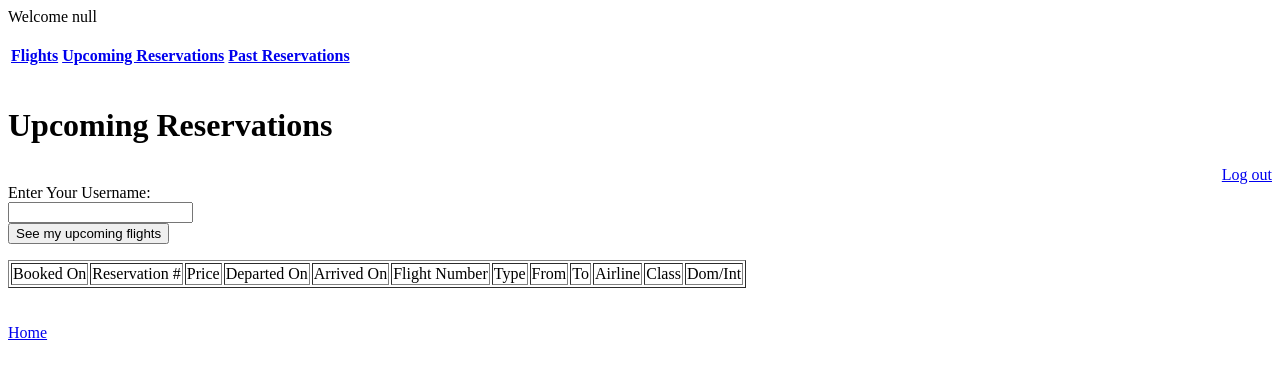
Repository: Pheazon/data_management
Page: http://localhost/cs336Final/customerUpcomingReservations.jsp
The author's editor kept a copy of each file at every save. The page is drawn from the files as they stood at one save, then again after the next save.
The browser window is 1280 px wide. The pictures show the whole page.
The page is served by Tomcat 9. The database holds what the project's SQL file puts in it.

Above is the page before, as saved 2019-12-13 04:35:33.

### cs336Final/WebContent/customerUpcomingReservations.jsp
<%@ page language="java" contentType="text/html; charset=ISO-8859-1"
	pageEncoding="ISO-8859-1" import="com.cs336.pkg.*"%>
<%@ page import="java.text.*,java.io.*,java.util.*,java.sql.*"%>
<%@ page import="javax.servlet.http.*,javax.servlet.*"%>


Welcome <%=session.getAttribute("user")%>
<br>
<br>
<table>
	<tr>
		<th><a href="customerFlights.jsp">Flights</a></th>
		<th><a href="customerUpcomingReservations.jsp">Upcoming Reservations</a></th>
		<th><a href="customerPastReservations.jsp">Past Reservations</a></th>
	</tr>
</table>
<br>


<h1>Upcoming Reservations</h1>
<body>

<div align="right"><a href='logout.jsp'>Log out</a></div>

<%

try{
	String userid = "";
	%>
		<form>
		Enter Your Username:<br><input type="text" name="user"><br>
		<input type="submit", value="See my upcoming flights">
		</form>
	<%
		Class.forName("com.mysql.jdbc.Driver").newInstance();
		userid = request.getParameter("user");
		SimpleDateFormat sdf = new SimpleDateFormat("yyyyMMdd");
		java.util.Date d = new java.util.Date();
		String today = sdf.format(d);

		ApplicationDB db = new ApplicationDB();
		Connection con = db.getConnection();
		PreparedStatement ps = null;

		Connection conn = db.getConnection();

		Statement statement = con.createStatement();
		String command = "SELECT r.DateBooked, r.ReservationNumber, r.TotalFare, f.DepartureTime, f.ArrivalTime, r.FlightNumber, r.type, f.departingFrom, f.arrivingTo, f.airlineID, r.class, f.dom_int FROM Flight f, Reservation r WHERE r.userid='" + userid + "' AND r.FlightNumber = f.FlightNumber AND f.DepartureTime>'" + today + "'";

		ResultSet result = statement.executeQuery(command);

		//Make an HTML table to show the results in:
		out.print("<table border='1'>");

		//make a row
		out.print("<tr>");

		//make a column
		out.print("<td>");
		out.print("Booked On");
		out.print("</td>");


		//make a column
		out.print("<td>");
		out.print("Reservation #");
		out.print("</td>");

		//make a column
		out.print("<td>");
		out.print("Price");
		out.print("</td>");

		//make a column
		out.print("<td>");
		out.print("Departed On");
		out.print("</td>");


		//make a column
		out.print("<td>");
		out.print("Arrived On");
		out.print("</td>");

		//make a column
		out.print("<td>");
		out.print("Flight Number");
		out.print("</td>");

		//make a column
		out.print("<td>");
		out.print("Type");
		out.print("</td>");

		//make a column
		out.print("<td>");
		out.print("From");
		out.print("</td>");


		//make a column
		out.print("<td>");
		out.print("To");
		out.print("</td>");

		//make a column
		out.print("<td>");
		out.print("Airline");
		out.print("</td>");

		//make a column
		out.print("<td>");
		out.print("Class");
		out.print("</td>");

		//make a column
		out.print("<td>");
		out.print("Dom/Int");
		out.print("</td>");

		out.print("</tr>");


		//parse out the results
		while (result.next()) {
			//userid = result.getString("userid");

			//make a row
			out.print("<tr>");
			//make a column
			out.print("<td>");
			out.print(result.getDate("r.DateBooked"));
			out.print("</td>");

			out.print("<td>");
			out.print(result.getInt("r.ReservationNumber"));
			out.print("</td>");

			out.print("<td>");
			out.print(result.getInt("r.TotalFare"));
			out.print("</td>");

			out.print("<td>");
			out.print(result.getDate("f.DepartureTime"));
			out.print("</td>");

			out.print("<td>");
			out.print(result.getDate("f.ArrivalTime"));
			out.print("</td>");

			out.print("<td>");
			out.print(result.getInt("r.FlightNumber"));
			out.print("</td>");

			out.print("<td>");
			out.print(result.getString("r.type"));
			out.print("</td>");

			out.print("<td>");
			out.print(result.getString("f.departingFrom"));
			out.print("</td>");

			out.print("<td>");
			out.print(result.getString("f.arrivingTo"));
			out.print("</td>");

			out.print("<td>");
			out.print(result.getString("f.airlineID"));
			out.print("</td>");

			out.print("<td>");
			out.print(result.getString("r.class"));
			out.print("</td>");

			out.print("<td>");
			out.print(result.getString("f.dom_int"));
			out.print("</td>");

			out.print("</tr>");
		}
		out.print("</table>");

		result.close();

		statement.close();
		con.close();
} catch (Exception e){

}

%>
<br><br>
<a href="success.jsp">Home</a>


</body>

### cs336Final/src/com/cs336/pkg/ApplicationDB.java
package com.cs336.pkg;

import java.sql.Connection;
import java.sql.DriverManager;
import java.sql.SQLException;

public class ApplicationDB {

	public ApplicationDB(){

	}

	public Connection getConnection(){

		//Create a connection string
		String url = "jdbc:mysql://cs336db.cdnjviplnzua.us-east-2.rds.amazonaws.com:3306/BarBeerDrinkerSample";
		Connection connection = null;

		try {
			//Load JDBC driver - the interface standardizing the connection procedure. Look at WEB-INF\lib for a mysql connector jar file, otherwise it fails.
			Class.forName("com.mysql.jdbc.Driver").newInstance();
		} catch (InstantiationException e) {
			// TODO Auto-generated catch block
			e.printStackTrace();
		} catch (IllegalAccessException e) {
			// TODO Auto-generated catch block
			e.printStackTrace();
		} catch (ClassNotFoundException e) {
			// TODO Auto-generated catch block
			e.printStackTrace();
		}
		try {
			//Create a connection to your DB
			connection = DriverManager.getConnection(url,"cs336", "Rutgers123!");
		} catch (SQLException e) {
			// TODO Auto-generated catch block
			e.printStackTrace();
		}

		return connection;

	}

	public void closeConnection(Connection connection){
		try {
			connection.close();
		} catch (SQLException e) {
			// TODO Auto-generated catch block
			e.printStackTrace();
		}
	}





	public static void main(String[] args) {
		ApplicationDB dao = new ApplicationDB();
		Connection connection = dao.getConnection();

		System.out.println(connection);
		dao.closeConnection(connection);
	}



}

### cs336Final/BarBeerDrinkerSample.sql (the tables this page reads)
CREATE TABLE Flight (
FlightNumber int,
ArrivalTime DATETIME,
DepartureTime DATETIME NOT NULL,
dom_int varchar(30),
Fare int,
departingFrom varchar(3),
arrivingTo varchar(3),
airlineID varchar(2),
PRIMARY KEY (FlightNumber),
FOREIGN KEY (airlineID) REFERENCES `Airline`(Id),
FOREIGN KEY (departingFrom) REFERENCES `Airport`(Id),
FOREIGN KEY (arrivingTo) REFERENCES `Airport` (Id)
);

INSERT INTO Flight(FlightNumber, ArrivalTime, DepartureTime, dom_int, Fare, departingFrom,   arrivingTo, airlineID) VALUES ("111",'2019-04-27 09:00:00', '2016-04-26 10:00:00', "dom", "25", "AAA","BBB", "AA");

INSERT INTO Flight(FlightNumber, ArrivalTime, DepartureTime, dom_int, Fare, departingFrom,   arrivingTo, airlineID) VALUES ("112",'2019-04-27 09:00:00', '2016-04-26 10:00:00', "dom", "25", "AAA","BBB", "AA");

INSERT INTO Flight(FlightNumber, ArrivalTime, DepartureTime, dom_int, Fare, departingFrom,   arrivingTo, airlineID) VALUES ("113",'2019-04-27 09:00:00', '2016-04-26 10:00:00', "dom", "25", "AAA","BBB", "AA");

INSERT INTO Flight(FlightNumber, ArrivalTime, DepartureTime, dom_int, Fare, departingFrom,   arrivingTo, airlineID) VALUES ("114",'2019-04-27 09:00:00', '2016-04-26 10:00:00', "dom", "25", "AAA","BBB", "AA");

INSERT INTO Flight(FlightNumber, ArrivalTime, DepartureTime, dom_int, Fare, departingFrom,   arrivingTo, airlineID) VALUES ("115",'2019-04-27 09:00:00', '2016-04-26 10:00:00', "dom", "25", "AAA","BBB","BB");

INSERT INTO Flight(FlightNumber, ArrivalTime, DepartureTime, dom_int, Fare, departingFrom,   arrivingTo, airlineID ) VALUES ("222",'2019-04-20 09:00:00', '2016-04-18 14:00:00', "int", "22", "BBB","CCC", "BB");

INSERT INTO Flight(FlightNumber, ArrivalTime, DepartureTime, dom_int, Fare, departingFrom,   arrivingTo, airlineID) VALUES ("333",'2019-03-27 09:00:00', '2016-03-25 21:00:00', "dom", "100", "CCC","DDD", "CC");

INSERT INTO Flight(FlightNumber, ArrivalTime, DepartureTime, dom_int, Fare, departingFrom,   arrivingTo, airlineID) VALUES ("444",'2019-02-27 09:00:00', '2016-04-26 10:00:00', "int", "250", "DDD", "EEE", "DD");

INSERT INTO Flight(FlightNumber, ArrivalTime, DepartureTime, dom_int, Fare, departingFrom,   arrivingTo, airlineID) VALUES ("555",'2019-01-27 09:00:00', '2016-04-26 10:00:00', "int", "75", "EEE", "FFF", "EE");

INSERT INTO Flight(FlightNumber, ArrivalTime, DepartureTime, dom_int, Fare, departingFrom,   arrivingTo, airlineID) VALUES ("666",'2019-01-27 09:00:00', '2016-04-26 10:00:00', "dom", "60", "FFF", "AAA", "EE");

CREATE TABLE Reservation (
ReservationNumber int auto_increment,
FlightNumber int,
DateBooked DATETIME NOT NULL,
BookingFee int,
TotalFare int,
type varchar(50),
SpecialMeal varchar(30),
class varchar(50),
userid varchar(255),

PRIMARY KEY (ReservationNumber),
FOREIGN KEY (FlightNumber) REFERENCES Flight(FlightNumber)
);

INSERT INTO Reservation(FlightNumber, DateBooked, BookingFee, TotalFare, type, SpecialMeal, class, userid) VALUES ("111", '2016-04-26 10:00:00', "50", "1000","one-way","chawal", "economy", "a");

INSERT INTO Reservation(FlightNumber, DateBooked, BookingFee, TotalFare, type, SpecialMeal, class, userid) VALUES ("222", '2016-04-18 14:00:00', "60", "1500","round-trip","chawal", "business", "a");

INSERT INTO Reservation(FlightNumber, DateBooked, BookingFee, TotalFare, type, SpecialMeal, class, userid) VALUES ("333", '2016-03-25 21:00:00', "69", "1559","round-tricp","roti", "first", "c");

INSERT INTO Reservation(FlightNumber, DateBooked, BookingFee, TotalFare, type, SpecialMeal, class, userid) VALUES ("333", '2016-03-25 21:00:00', "69", "1559","round-tricp","roti", "first", "c");

INSERT INTO Reservation(FlightNumber, DateBooked, BookingFee, TotalFare, type, SpecialMeal, class, userid) VALUES ("333", '2016-03-25 21:00:00', "69", "1559","round-tricp","roti", "first", "c");

INSERT INTO Reservation(FlightNumber, DateBooked, BookingFee, TotalFare, type, SpecialMeal, class, userid) VALUES ("333", '2016-03-25 21:00:00', "69", "1559","round-tricp","roti", "first", "c");

INSERT INTO Reservation(FlightNumber, DateBooked, BookingFee, TotalFare, type, SpecialMeal, class, userid) VALUES ("333", '2016-03-25 21:00:00', "69", "1559","round-tricp","roti", "first", "c");

INSERT INTO Reservation(FlightNumber, DateBooked, BookingFee, TotalFare, type, SpecialMeal, class, userid) VALUES ("333", '2016-03-25 21:00:00', "69", "1559","round-tricp","roti", "first", "c");

After the next save:
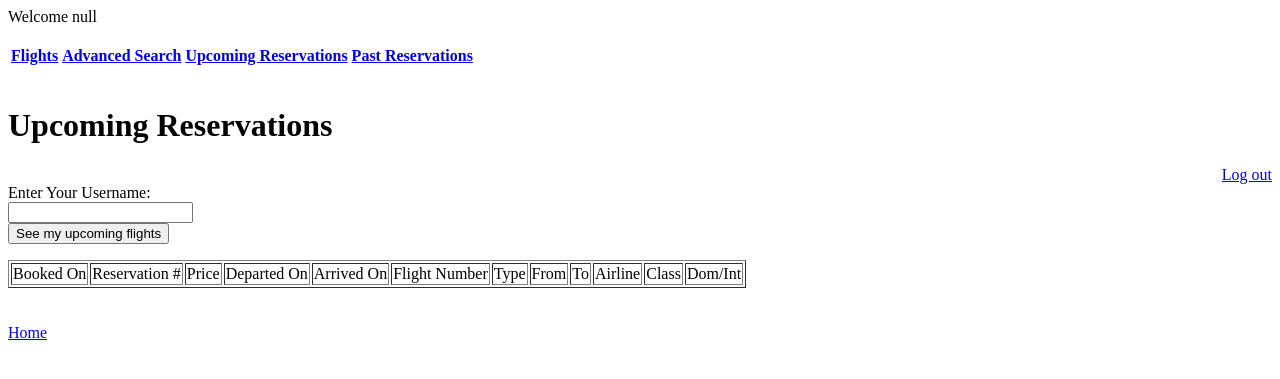
Saved 65 s later.
--- a/cs336Final/WebContent/customerUpcomingReservations.jsp
+++ b/cs336Final/WebContent/customerUpcomingReservations.jsp
@@ -10,6 +10,7 @@ Welcome <%=session.getAttribute("user")%>
 <table>
 	<tr>
 		<th><a href="customerFlights.jsp">Flights</a></th>
+		<th><a href="customerAdvancedSearch.jsp">Advanced Search</a></th>
 		<th><a href="customerUpcomingReservations.jsp">Upcoming Reservations</a></th>
 		<th><a href="customerPastReservations.jsp">Past Reservations</a></th>
 	</tr>
